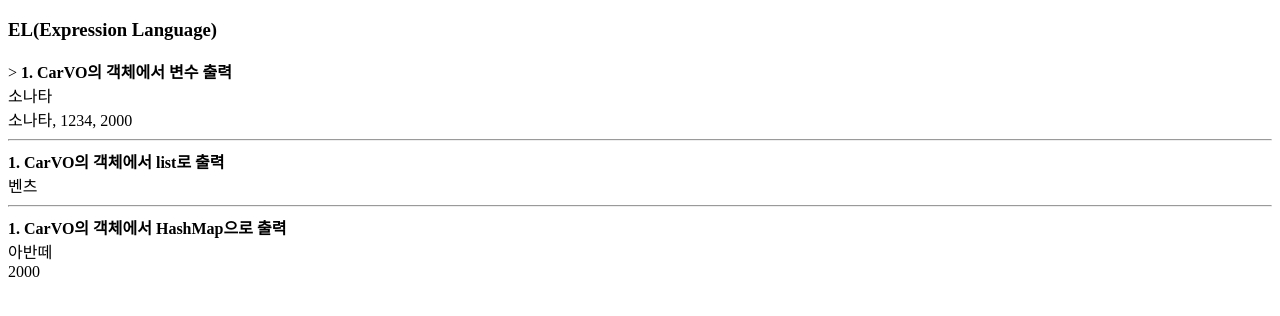
Repository: novemberjj/jsp
Page: http://localhost/jstl_study/step1.jsp
The author's editor kept a copy of each file at every save. The page is drawn from the files as they stood at one save, then again after the next save.
The browser window is 1280 px wide. The pictures show the whole page.
The page is served by Tomcat 9.

Above is the page before, as saved 2023-05-09 06:17:04.

After the next save:
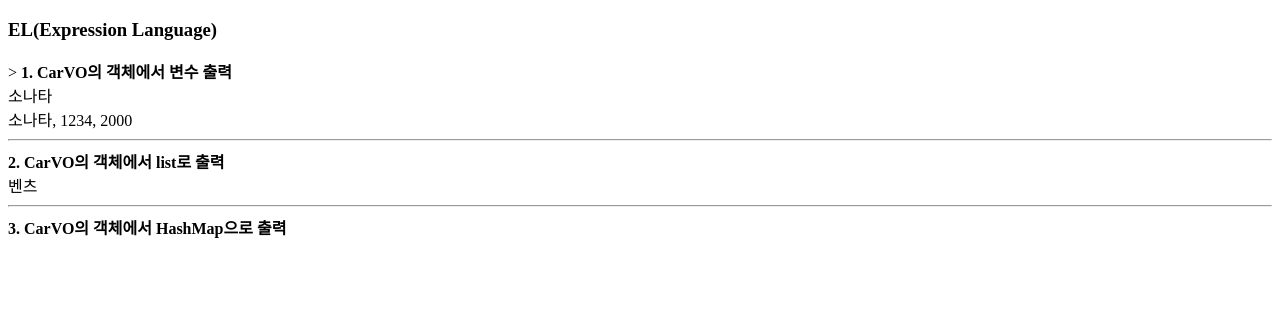
Saved 14 min 59 s later.
--- a/jstl_project/jstl_study/src/main/webapp/step1.jsp
+++ b/jstl_project/jstl_study/src/main/webapp/step1.jsp
@@ -28,24 +28,25 @@
 	${cvo.name}, ${cvo.num }, ${cvo.price }<br>
 
 	<hr>
+
 	<!-- 리스트로 변수 출력 -->
 	<%
 		ArrayList<CarVO> list = new ArrayList<>();
 		list.add(new CarVO("4567","벤츠",5000));
 		session.setAttribute("carList", list);
 	%>
-	<strong>1. CarVO의 객체에서 list로 출력</strong><br>
+	<strong>2. CarVO의 객체에서 list로 출력</strong><br>
 	${sessionScope.carList[0].name}<br>
 	<hr>
+
 	<!-- 해쉬맵으로 변수 출력 -->
 	<%
-	HashMap<String,CarVO>map= new HashMap<>();
-	map.put("car1",new CarVO("7894","아반떼",2000));
-	session.setAttribute("car1",map.get("car1"));
+		HashMap<String,CarVO>map= new HashMap<>();
+		map.put("car1",new CarVO("7894","아반떼",2000));
+		request.setAttribute("carMap",map);
 	%>
-	<strong>1. CarVO의 객체에서 HashMap으로 출력</strong><br>
-	${sessionScope.car1.name}<br>
-	${sessionScope.car1.price}<br>
+	<strong>3. CarVO의 객체에서 HashMap으로 출력</strong><br>
+	${sessionScope.carMap.car1.name}<br>
 
 </body>
 </html>
